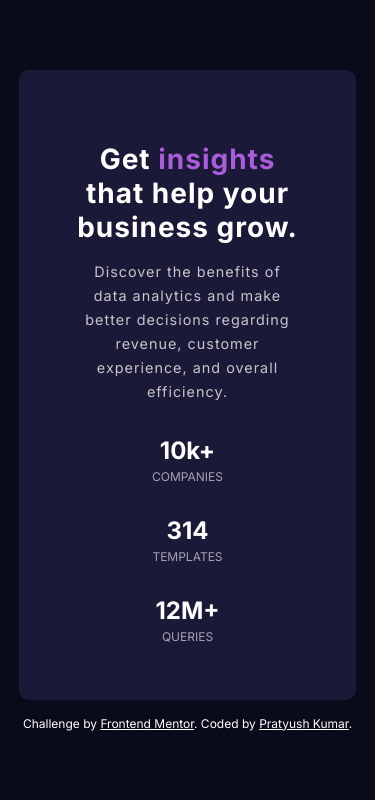
Repository: PratypartyY2K/frontendmentor-challenges
Page: stats-preview-card-component-main/index.html
An editor plug-in stored every save of this project. The page is shown before and after a run of saves, followed by the edit.
The browser window is 375 px wide. The pictures show the whole page.

Above is the page before, as saved 2021-07-14 02:37:46.

### stats-preview-card-component-main/index.html
<!DOCTYPE html>
<html lang="en">

<head>
  <meta charset="UTF-8">
  <meta name="viewport" content="width=device-width, initial-scale=1.0">
  <!-- displays site properly based on user's device -->

  <link rel="icon" type="image/png" sizes="32x32" href="./images/favicon-32x32.png">
  <!--font families-->
  <link rel="preconnect" href="https://fonts.googleapis.com">
  <link rel="preconnect" href="https://fonts.gstatic.com" crossorigin>
  <link href="https://fonts.googleapis.com/css2?family=Inter:wght@400;700&display=swap" rel="stylesheet">
  <link rel="stylesheet" href="style.css">



  <title>Frontend Mentor | Stats preview card component</title>

</head>

<body>
  <div class="card-wrapper">
    <div class="card">
      <div class="heading">
        Get <span class="active">insights</span> that help your business grow.
      </div>
      <div class="card-content">
        Discover the benefits of data analytics and make better decisions regarding revenue, customer
        experience, and overall efficiency.
      </div>
      <div class="stats">
        <div>
          <h3>10k+</h3>
          companies
        </div>
        <div>
          <h3>314</h3>
          templates
        </div>
        <div>
          <h3>12M+</h3>
          queries
        </div>
      </div>
    </div>
    <div class="img-container">
      <div class="overlay">
      </div>
    </div>
  </div>
  <div class="attribution">
    Challenge by <a href="https://www.frontendmentor.io?ref=challenge" target="_blank">Frontend Mentor</a>.
    Coded by <a href="#">Pratyush Kumar</a>.
  </div>
</body>

</html>

### stats-preview-card-component-main/style.css
* {
    box-sizing: border-box;
}

body {
    background-color: hsl(233, 47%, 7%);
    margin: 0;
    display: flex;
    flex-direction: column;
    justify-content: center;
    align-items: center;
    min-height: 100vh;
    font-family: 'Inter', sans-serif;
}

.card-wrapper {
    background-color: hsl(244, 38%, 16%);
    display: flex;
    justify-content: center;
    border-radius: 10px;
    overflow: hidden;
}

.card {
    padding: 4rem 6.5rem 4rem 4rem;
}

.heading {
    font-size: 2.75rem;
    color: hsl(0, 0%, 100%);
    padding: 1rem 0;
    font-weight: 700;
    letter-spacing: 1px;
}

.heading .active {
    color: hsl(277, 64%, 61%);
}

.card-content {
    color: hsla(0, 0%, 100%, 0.75);
    font-size: 1rem;
    line-height: 1.5rem;
    padding-right: 4rem;
    letter-spacing: 1px;
}

.stats {
    display: flex;
    justify-content: space-between;
    padding-top: 4.5rem;
    padding-right: 5rem;
}

.stats > div {
    display: flex;
    flex-direction: column;
    align-items: baseline;
    color: hsla(0, 0%, 100%, 0.6);
    text-transform: uppercase;
    font-size: 0.75rem;
}

h3 {
    margin: 0;
    color: white;
    font-weight: 700;
    font-size: 1.5rem;
    margin-bottom: 0.25rem;
    text-transform: none;
}

.img-container {
    background-image: url(images/image-header-desktop.jpg);
    width: 100%;
    background-repeat: no-repeat;
    background-size: cover;
}

.overlay {
    background-color: blueviolet;
    height: 100%;
    mix-blend-mode:multiply;
}

.attribution { font-size: 0.75rem; text-align: center; color: white; margin-top: 1rem;}
.attribution a { color: hsl(228, 45%, 44%); color: white;}

@media only screen and (max-width: 600px) {

    .card-wrapper {
        flex-direction: column-reverse;
        justify-content: baseline;
        font-size: 1rem;
        text-align: center;
        width: 90%;
    }

    .card {
        padding: 3.5rem;
    }

    .heading {
        font-size: 1.75rem;
    }

    .card-content {
        padding: 0 0.5rem;
        font-size: 0.9rem;
    }

    .stats {
        flex-direction: column;
        align-items: center;
        justify-content: space-around;
        padding: 0;
    }

    .stats > div {
        display: flex;
        flex-direction: column;
        justify-content: center;
        align-items: center;
        margin-top: 2rem;
    }

    .img-container {
        background-image: url(images/image-header-mobile.jpg);
        background-repeat: no-repeat;
        background-size: cover;
        height: 100%;

    }
}

After the next 2 saves:
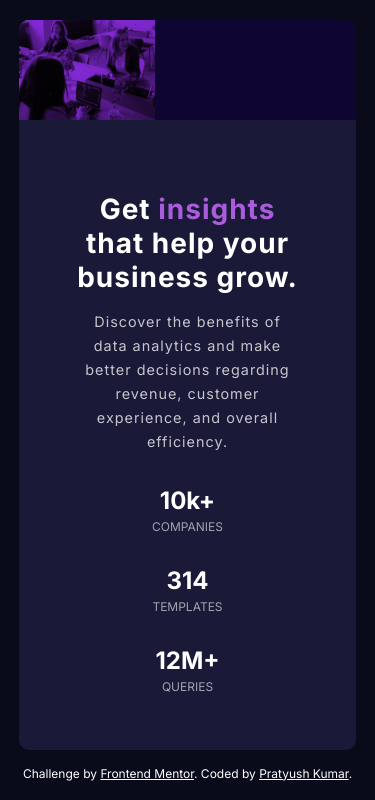
The 2 saves are shown as one change because they came seconds apart.
The last was saved 91 s later.
--- a/stats-preview-card-component-main/style.css
+++ b/stats-preview-card-component-main/style.css
@@ -127,8 +127,8 @@
     .img-container {
         background-image: url(images/image-header-mobile.jpg);
         background-repeat: no-repeat;
-        background-size: cover;
-        height: 100%;
+        background-size: contain;
+        height: 100px;
 
     }
 }
